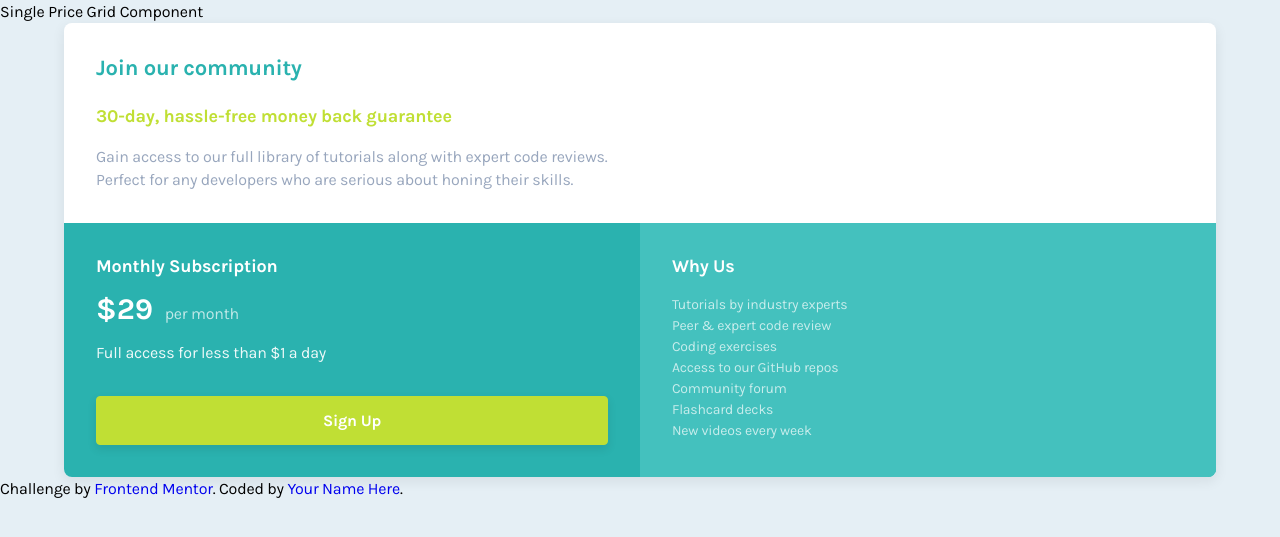
Repository: bangjuyoung/bangjuyoung
Page: practice/frontend-mentor/single-price-grid-component/index.html
An editor plug-in stored every save of this project. The page is shown before and after the next save, followed by the edit.
The browser window is 1280 px wide. The pictures show the whole page.

Above is the page before, as saved 2019-06-16 15:11:33.

After the next save:
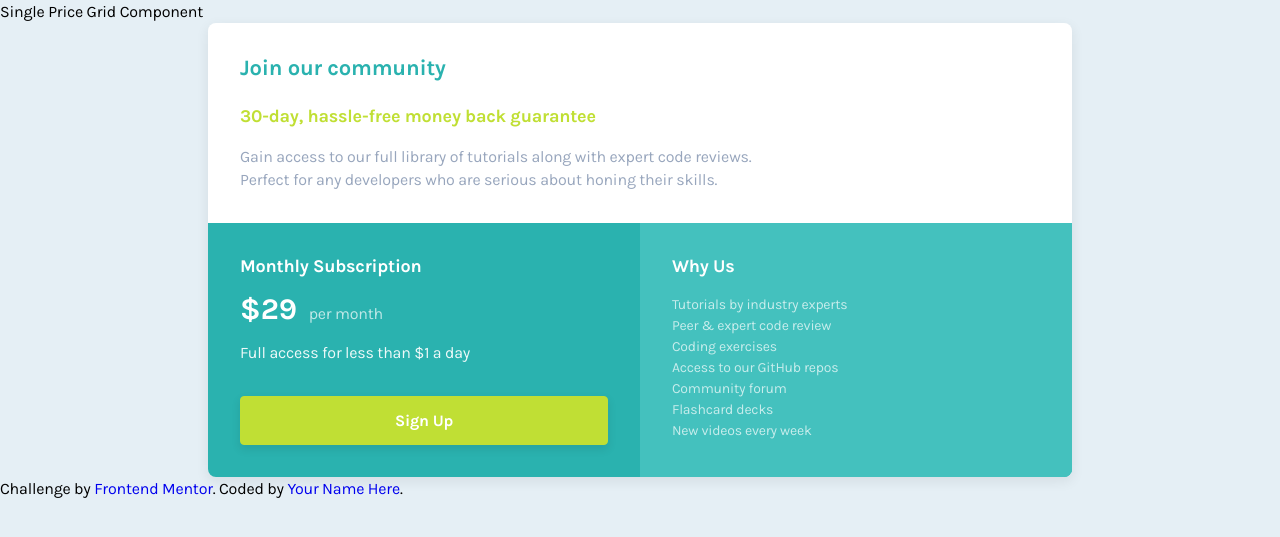
Saved 99 s later.
--- a/practice/frontend-mentor/single-price-grid-component/default.css
+++ b/practice/frontend-mentor/single-price-grid-component/default.css
@@ -68,7 +68,7 @@ body {
 
 @media (min-width: 74rem) {
     .single-price__wrapper {
-        max-width: 72rem;
+        max-width: 54rem;
     }
 
     .single-price__secondary {
